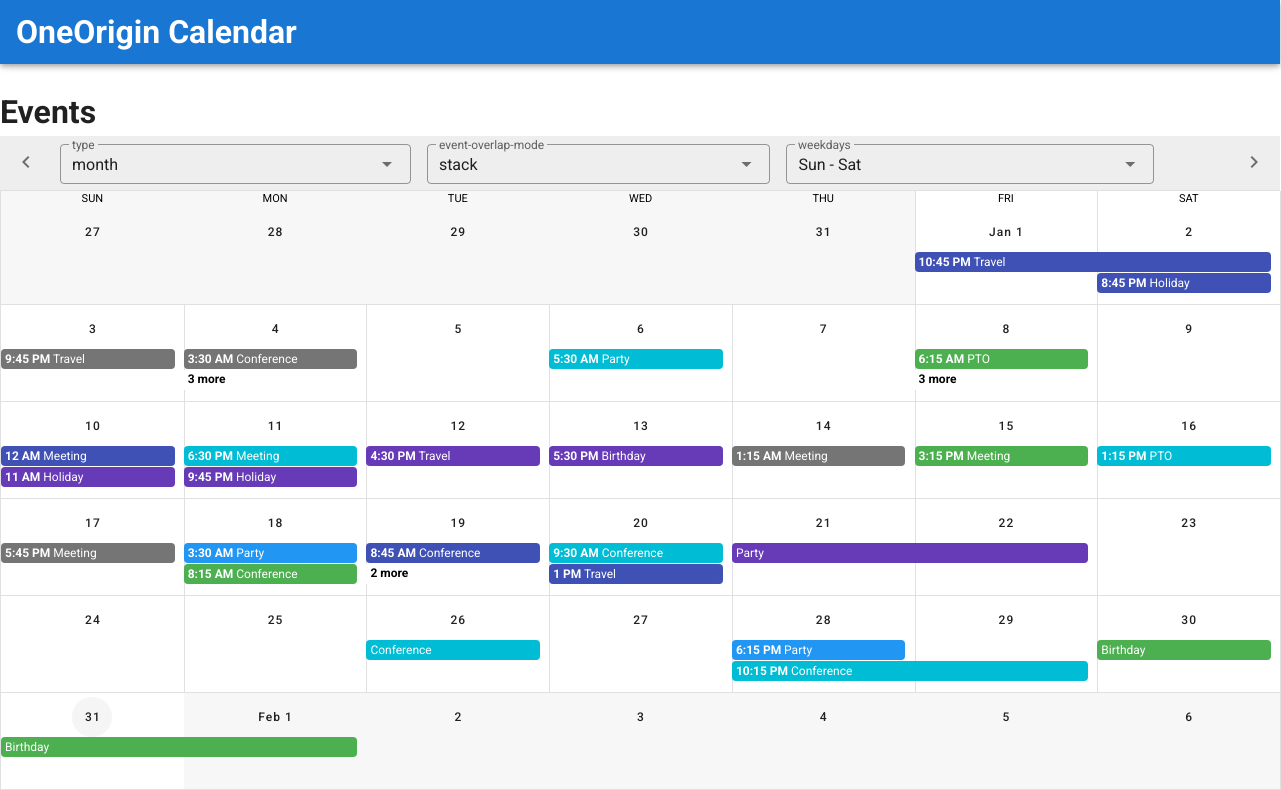
Repository: Shinobi247/OO-Calenda-events
Page: /
An editor plug-in stored every save of this project. The page is shown before and after the next save, followed by the edit.
The browser window is 1280 px wide. The page is 1281 px wide, so the pictures cover 1281 px, including what lies to the right of the window. The pictures show the whole page.
The project was rebuilt for these pictures with package versions that can differ from the ones it lists, and the page was loaded fresh each time. Also part of the build but not shown: vue.config.js.

Above is the page before, as saved 2021-02-01 14:57:39.

### src/App.vue
<template>
  <v-app>
    <v-app-bar app color="primary" dark>
      <!-- <div class="d-flex align-center">
        <v-img
          alt="Vuetify Logo"
          class="shrink mr-2"
          contain
          src="https://cdn.vuetifyjs.com/images/logos/vuetify-logo-dark.png"
          transition="scale-transition"
          width="40"
        />

        <v-img
          alt="Vuetify Name"
          class="shrink mt-1 hidden-sm-and-down"
          contain
          min-width="100"
          src="https://cdn.vuetifyjs.com/images/logos/vuetify-name-dark.png"
          width="100"
        />
      </div> -->
      <h1>OneOrigin Calendar</h1>
      <v-spacer></v-spacer>

      <!-- <v-btn
        href="https://github.com/vuetifyjs/vuetify/releases/latest"
        target="_blank"
        text
      >
        <span class="mr-2">Latest Release</span>
        <v-icon>mdi-open-in-new</v-icon>
      </v-btn> -->
    </v-app-bar>
    <br />

    <v-main>
      <h1>Events</h1>
      <Calendar />
    </v-main>
  </v-app>
</template>

<script>
// import HelloWorld from './components/HelloWorld';
import Calendar from "./components/Calendar";

export default {
  name: "App",

  components: {
    // HelloWorld,
    Calendar,
  },

  data: () => ({
    //
  }),
};
</script>

### src/components/Calendar.vue
<template>
  <div>
    <v-sheet tile height="54" color="grey lighten-3" class="d-flex">
      <v-btn icon class="ma-2" @click="$refs.calendar.prev()">
        <v-icon>mdi-chevron-left</v-icon>
      </v-btn>
      <v-select
        v-model="type"
        :items="types"
        dense
        outlined
        hide-details
        class="ma-2"
        label="type"
      ></v-select>
      <v-select
        v-model="mode"
        :items="modes"
        dense
        outlined
        hide-details
        label="event-overlap-mode"
        class="ma-2"
      ></v-select>
      <v-select
        v-model="weekday"
        :items="weekdays"
        dense
        outlined
        hide-details
        label="weekdays"
        class="ma-2"
      ></v-select>
      <v-spacer></v-spacer>
      <v-btn icon class="ma-2" @click="$refs.calendar.next()">
        <v-icon>mdi-chevron-right</v-icon>
      </v-btn>
    </v-sheet>
    <v-sheet height="600">
      <v-calendar
        ref="calendar"
        v-model="value"
        :weekdays="weekday"
        :type="type"
        :events="events"
        :event-overlap-mode="mode"
        :event-overlap-threshold="30"
        :event-color="getEventColor"
        @change="getEvents"
      ></v-calendar>
    </v-sheet>
  </div>
</template>

<script>
export default {
  data: () => ({
    type: "month",
    types: ["month", "week", "day", "4day"],
    mode: "stack",
    modes: ["stack", "column"],
    weekday: [0, 1, 2, 3, 4, 5, 6],
    weekdays: [
      { text: "Sun - Sat", value: [0, 1, 2, 3, 4, 5, 6] },
      { text: "Mon - Sun", value: [1, 2, 3, 4, 5, 6, 0] },
      { text: "Mon - Fri", value: [1, 2, 3, 4, 5] },
      { text: "Mon, Wed, Fri", value: [1, 3, 5] },
    ],
    value: "",
    events: [],
    colors: [
      "blue",
      "indigo",
      "deep-purple",
      "cyan",
      "green",
      "orange",
      "grey darken-1",
    ],
    names: [
      "Meeting",
      "Holiday",
      "PTO",
      "Travel",
      "Event",
      "Birthday",
      "Conference",
      "Party",
    ],
  }),
  methods: {
    getEvents({ start, end }) {
      const events = [];

      const min = new Date(`${start.date}T00:00:00`);
      const max = new Date(`${end.date}T23:59:59`);
      const days = (max.getTime() - min.getTime()) / 86400000;
      const eventCount = this.rnd(days, days + 20);

      for (let i = 0; i < eventCount; i++) {
        const allDay = this.rnd(0, 3) === 0;
        const firstTimestamp = this.rnd(min.getTime(), max.getTime());
        const first = new Date(firstTimestamp - (firstTimestamp % 900000));
        const secondTimestamp = this.rnd(2, allDay ? 288 : 8) * 900000;
        const second = new Date(first.getTime() + secondTimestamp);

        events.push({
          name: this.names[this.rnd(0, this.names.length - 1)],
          start: first,
          end: second,
          color: this.colors[this.rnd(0, this.colors.length - 1)],
          timed: !allDay,
        });
      }

      this.events = events;
    },
    getEventColor(event) {
      return event.color;
    },
    rnd(a, b) {
      return Math.floor((b - a + 1) * Math.random()) + a;
    },
  },
};
</script>

<style>
</style>

Loaded but not shown: public/index.html (common file); src/main.js (common file); src/plugins/vuetify.js (common file)

After the next save:
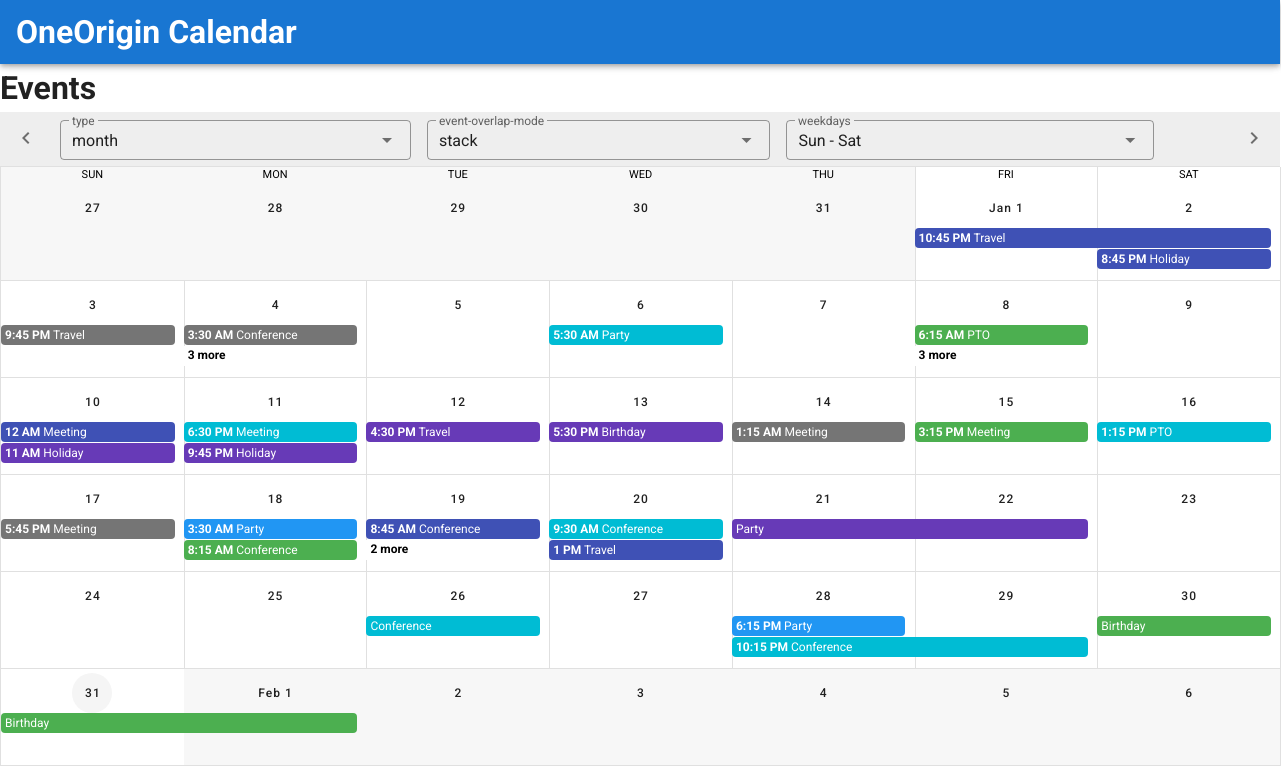
Saved 6 s later.
--- a/src/App.vue
+++ b/src/App.vue
@@ -32,7 +32,6 @@
         <v-icon>mdi-open-in-new</v-icon>
       </v-btn> -->
     </v-app-bar>
-    <br />
 
     <v-main>
       <h1>Events</h1>
